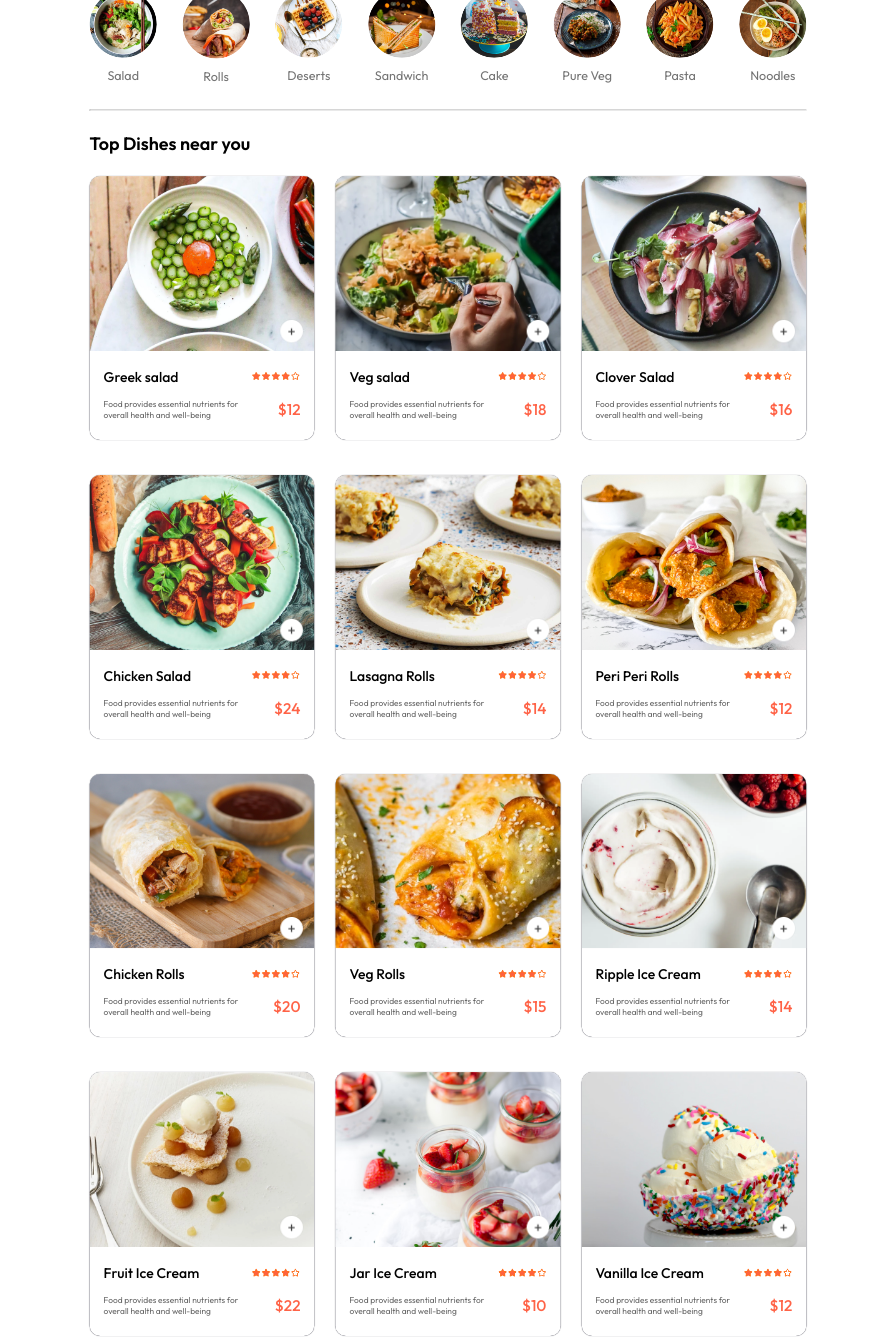
Repository: guilhermecardoso93/tomato-front-end
Page: /
These files come from the project's save history. The page is drawn as it stood at one moment and after a run of saves; the edit follows.
The browser window is 1280 px wide. The pictures show the part of the page from y = 742 to 2662 px (the page is 5639 px tall before and 993 px after), at 70% of full size.
The project was rebuilt for these pictures with package versions that can differ from the ones it lists, and the page was loaded fresh each time. Also part of the build but not shown: vite.config.js, src/pages/Cart/styles.css, src/pages/Cart/index.jsx, src/pages/PlaceOrder/styles.css, src/pages/PlaceOrder/index.jsx.

Above is the page before, as saved 2024-10-30 20:09:52.

After the next 2 saves:
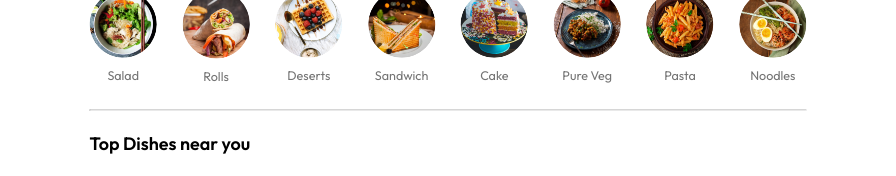
The 2 saves are shown as one change because they came seconds apart.
The last was saved 105 s later.
--- a/src/components/FoodDisplay/Index.jsx
+++ b/src/components/FoodDisplay/Index.jsx
@@ -7,22 +7,25 @@
 export const FoodDisplay = ({ category }) => {
   const { food_list } = useContext(StoreContext);
 
+  // Filtra itens pela categoria
+  const filteredFoodList = food_list.filter(
+    (item) => item.category === category
+  );
+
   return (
     <div className="food-display" id="food-display">
       <h2>Top Dishes near you</h2>
       <div className="food-display-list">
-        {food_list.map((item, index) => {
-          return (
-            <FoodItem
-              key={index}
-              id={item.id}
-              name={item.name}
-              description={item.description}
-              price={item.price}
-              image={item.image}
-            />
-          );
-        })}
+        {filteredFoodList.map((item) => (
+          <FoodItem
+            key={item.id} // Usa item.id como key
+            id={item.id}
+            name={item.name}
+            description={item.description}
+            price={item.price}
+            image={item.image}
+          />
+        ))}
       </div>
     </div>
   );

After the save that followed:
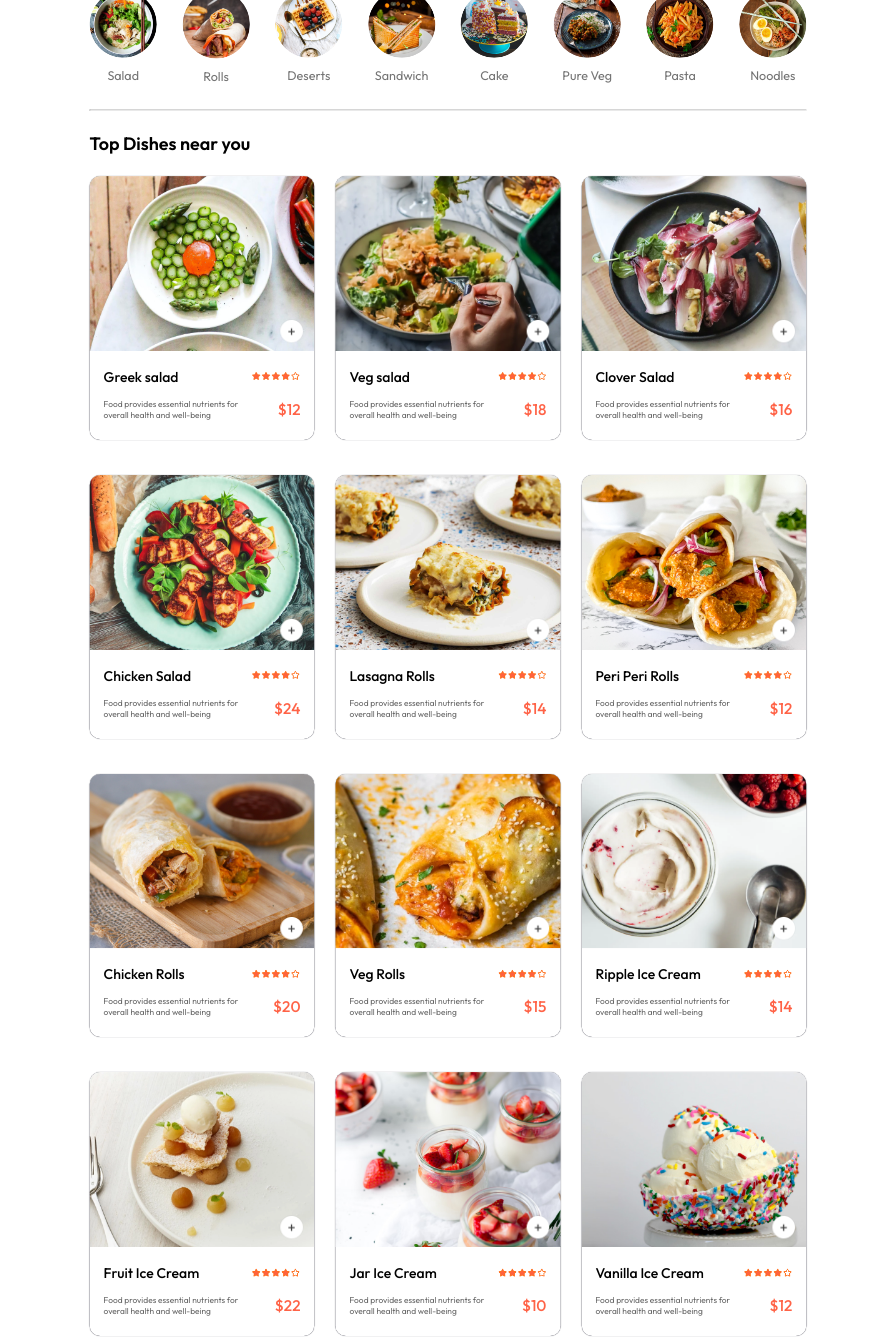
Saved 36 s later.
--- a/src/components/FoodDisplay/Index.jsx
+++ b/src/components/FoodDisplay/Index.jsx
@@ -16,7 +16,7 @@
     <div className="food-display" id="food-display">
       <h2>Top Dishes near you</h2>
       <div className="food-display-list">
-        {filteredFoodList.map((item) => (
+        {food_list.map((item) => (
           <FoodItem
             key={item.id} // Usa item.id como key
             id={item.id}
